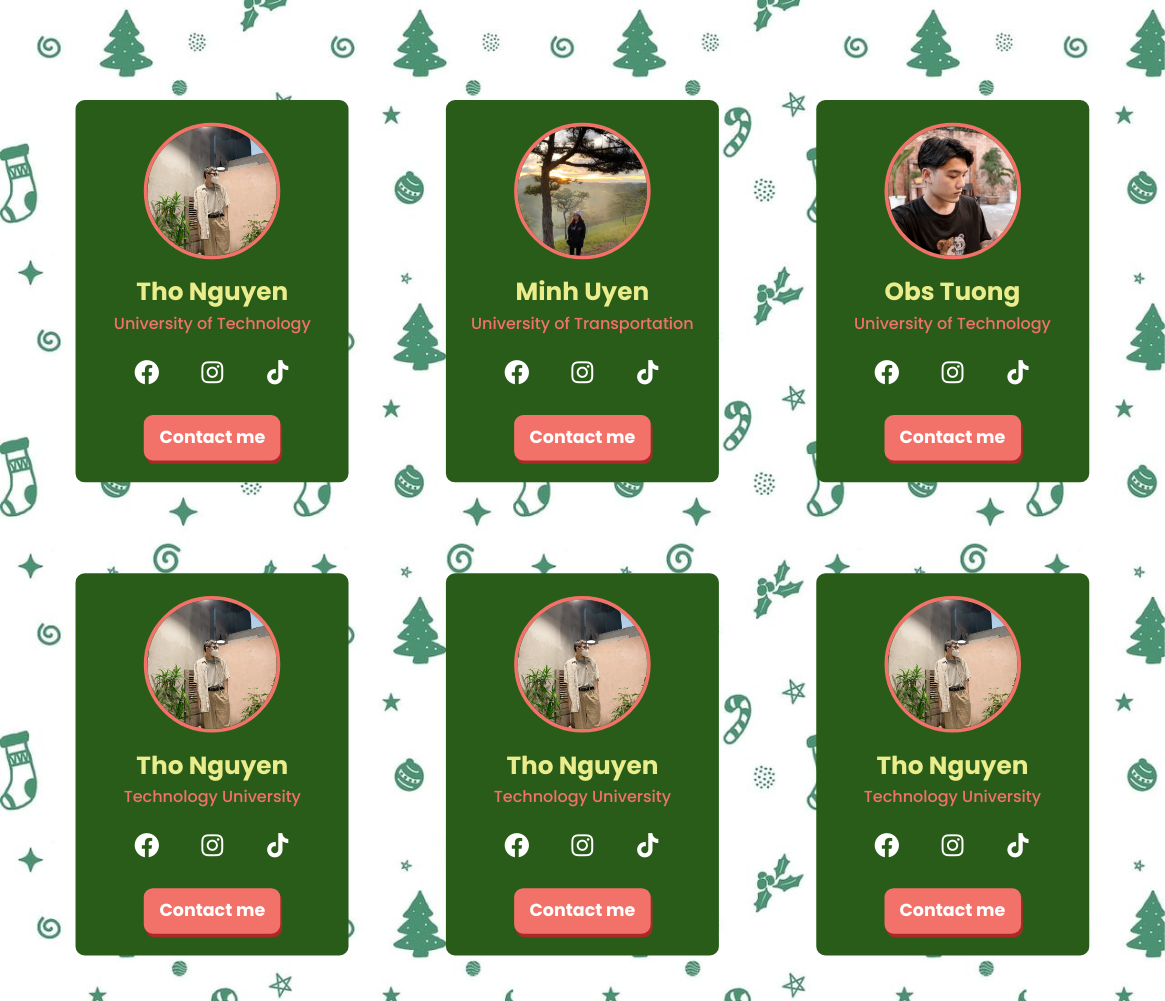
Repository: lausamtuong/profileCard
Page: index.html
The author's editor kept a copy of each file at every save. The page is drawn from the files as they stood at one save, then again after a run of saves.
The browser window is 1280 px wide. The pictures show the whole page, at 91% of full size.
The style sheet was rebuilt from its Sass, Less or Tailwind sources for each picture, by a compiler version that may differ from the author's.

Above is the page before, as saved 2021-12-14 18:43:27.

### index.html
<!DOCTYPE html>
<html lang="en">
<head>
    <meta charset="UTF-8">
    <meta http-equiv="X-UA-Compatible" content="IE=edge">
    <meta name="viewport" content="width=device-width, initial-scale=1.0">
    <link rel="stylesheet" href="style.css">
    <link href="https://fonts.googleapis.com/css2?family=Lato:ital,wght@1,700;1,900&family=Poppins:wght@400;500;700&display=swap" rel="stylesheet">
    <link href='https://unpkg.com/boxicons@2.1.1/css/boxicons.min.css' rel='stylesheet'>

    <title>Document</title>
</head>
<body background="snow.jpg">
    <div class="card__list">
        <div class="card__item">

            <div class="card__image">
                <img src="tho.jpg" alt="">
            </div>
            <div class="card__name">Tho Nguyen</div>
            <div class="card__school">University of Technology </div>
            <div class="card__social">
                <a href="https://www.facebook.com/profile.php?id=100013469562736">
                    <i class='bx bxl-facebook-circle'></i>
                </a>
                <a href="https://www.instagram.com/huutho_0809/"> <i class='bx bxl-instagram' ></i></a>
                <a href="https://www.tiktok.com/@05ulu05?"> <i class='bx bxl-tiktok'></i></a>

            </div>
            <div class="card__btn">Contact me</div>
        </div>
        <div class="card__item">

            <div class="card__image">
                <img src="uyen.jpg" alt="">
            </div>
            <div class="card__name">Minh Uyen</div>
            <div class="card__school">University of Transportation </div>
            <div class="card__social">
                <a href="https://www.facebook.com/minhuyen.truong.75">
                    <i class='bx bxl-facebook-circle'></i>
                </a>
                <a href="https://www.instagram.com/minh_ieng/"> <i class='bx bxl-instagram' ></i></a>
                <a href="https://www.tiktok.com/@05ulu05?"> <i class='bx bxl-tiktok'></i></a>

            </div>
            <div class="card__btn">Contact me</div>
        </div>
        <div class="card__item">

            <div class="card__image">
                <img src="tuong.jpg" alt="">
            </div>
            <div class="card__name">Obs Tuong</div>
            <div class="card__school">University of Technology</div>
            <div class="card__social">
                <a href="https://www.facebook.com/profile.php?id=100013469562736">
                    <i class='bx bxl-facebook-circle'></i>
                </a>
                <a href=""> <i class='bx bxl-instagram' ></i></a>
                <a href=""> <i class='bx bxl-tiktok'></i></a>

            </div>
            <div class="card__btn">Contact me</div>
        </div>
        <div class="card__item">

            <div class="card__image">
                <img src="tho.jpg" alt="">
            </div>
            <div class="card__name">Tho Nguyen</div>
            <div class="card__school">Technology University</div>
            <div class="card__social">
                <a href="https://www.facebook.com/profile.php?id=100013469562736">
                    <i class='bx bxl-facebook-circle'></i>
                </a>
                <a href=""> <i class='bx bxl-instagram' ></i></a>
                <a href=""> <i class='bx bxl-tiktok'></i></a>

            </div>
            <div class="card__btn">Contact me</div>
        </div>
        <div class="card__item">

            <div class="card__image">
                <img src="tho.jpg" alt="">
            </div>
            <div class="card__name">Tho Nguyen</div>
            <div class="card__school">Technology University</div>
            <div class="card__social">
                <a href="https://www.facebook.com/profile.php?id=100013469562736">
                    <i class='bx bxl-facebook-circle'></i>
                </a>
                <a href=""> <i class='bx bxl-instagram' ></i></a>
                <a href=""> <i class='bx bxl-tiktok'></i></a>

            </div>
            <div class="card__btn">Contact me</div>
        </div>
        <div class="card__item">

            <div class="card__image">
                <img src="tho.jpg" alt="">
            </div>
            <div class="card__name">Tho Nguyen</div>
            <div class="card__school">Technology University</div>
            <div class="card__social">
                <a href="https://www.facebook.com/profile.php?id=100013469562736">
                    <i class='bx bxl-facebook-circle'></i>
                </a>
                <a href=""> <i class='bx bxl-instagram' ></i></a>
                <a href=""> <i class='bx bxl-tiktok'></i></a>

            </div>
            <div class="card__btn">Contact me</div>
        </div>


    </div>
</body>
</html>

### style.scss
*{
    margin: 0;
    padding: 0;
    box-sizing: border-box;
}
html{
    font-family: 'Poppins', sans-serif;
}
:root {
    --pink-color: #f2726a;
  }
body{
    height: 100vh;
  //  background-image: linear-gradient(to right, #af4d96, #3d8);
}
.card{

    &__list{
        margin: 120px auto;
      display: flex;
      flex-wrap: wrap;
      justify-content: space-around;
      margin: 60px 30px;

    }
    &__item{
        width:300px;
        height:420px;
        background-color:  #2a5c19;
        margin: 50px 20px;
        border-radius: 10px;
    }
    &__image{
        width: 150px;
        height: 150px;
        overflow: hidden;
        transition: 0.25s;
        margin: 0 auto;
        transform: translateY(25px);
        border-radius: 50%;
        border: 4px solid var(--pink-color);

        cursor: pointer;
        &:hover{
            width: 100%;
            height: 100%;
            border-radius: unset;
            border: unset;
            transform: unset;
           img{
               border-radius: 10px;
           }
             }
        }
      &__name{
          color:#ebed8d;
          font-weight: 700;
          font-size: 1.7rem;
          text-align: center;
          margin-top: 40px;
      }
      &__school{
          font-weight: 500;
          font-size: 1.1rem;
          text-align: center;
          color:var(--pink-color)
      }
      &__social{

          font-size: 2rem;
          display:flex;
          justify-content: center;
          margin:20px;
          a{
              margin: 0 20px;
              color:#fff;
          }
      }
      &__btn{
          width:150px;
          height: 50px;

          background-color:var(--pink-color);
          border-radius: 10px;
          margin:0 auto;
          margin-top: 20px;
          font-weight: 700;
          font-size: 1.2rem;
          text-align: center;
            padding-top:10px;
            color:#fff;
            box-shadow: 2px 4px 0 0 rgb(172, 41, 41);
            cursor:pointer;
            &:hover{
                opacity:0.9;
            }
            &:active{
                transform: translateY(2px) ;
                box-shadow: 2px 2px 0 0 rgb(172, 41, 41);
            }
      }
    }
img{
        width: 100%;
        height: 100%;
        object-fit: cover;
        object-position: center;
    }

.card__image:hover  ~.card__name,
.card__image:hover ~.card__school,
.card__image:hover ~.card__social,
.card__image:hover ~.card__btn
{
    display:none;
}

After the next 2 saves:
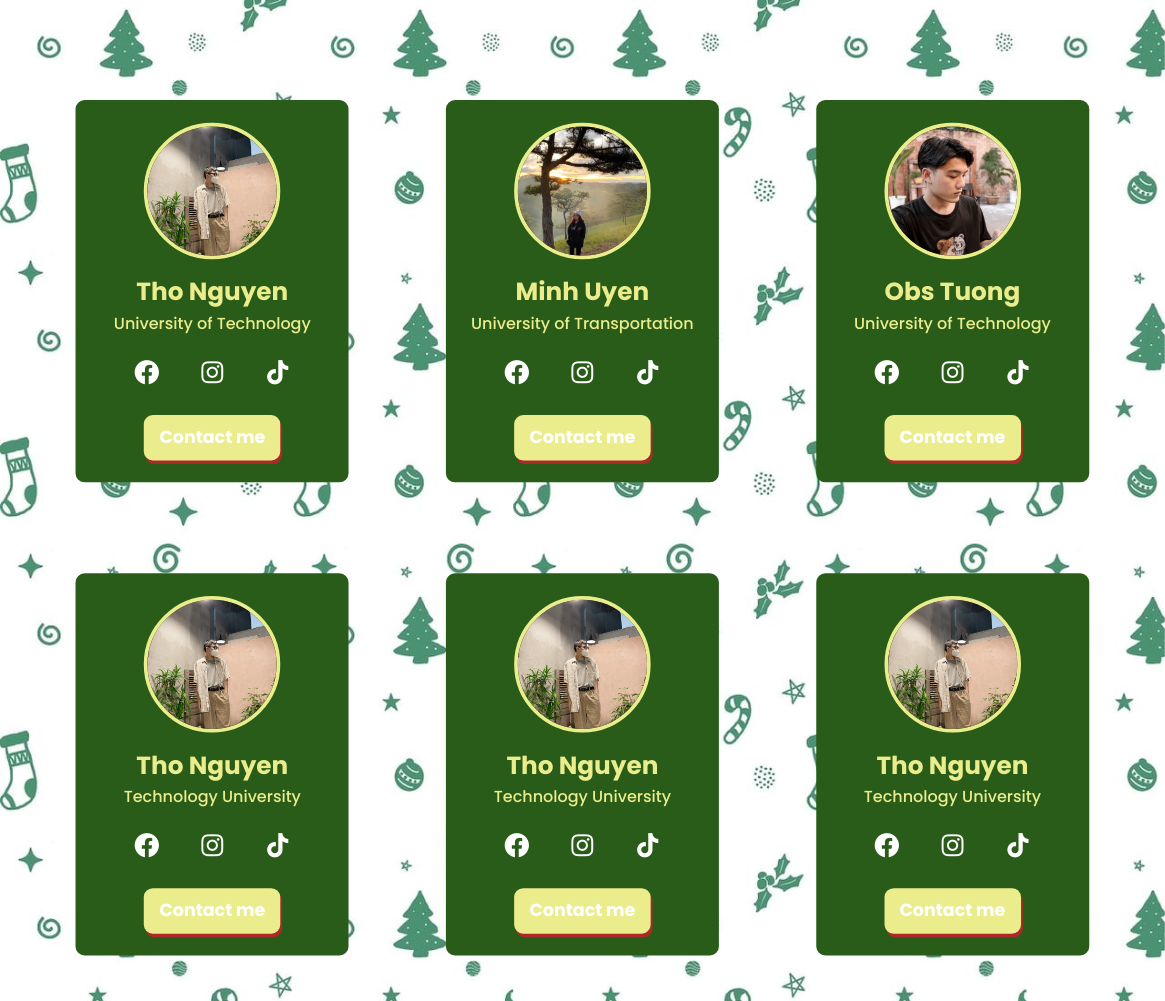
The 2 saves are shown as one change because they came seconds apart.
The last was saved 13 s later.
--- a/style.scss
+++ b/style.scss
@@ -7,7 +7,7 @@ html{
     font-family: 'Poppins', sans-serif;
 }
 :root {
-    --pink-color: #f2726a;
+    --pink-color: #ebed8d;
   }
 body{
     height: 100vh;
